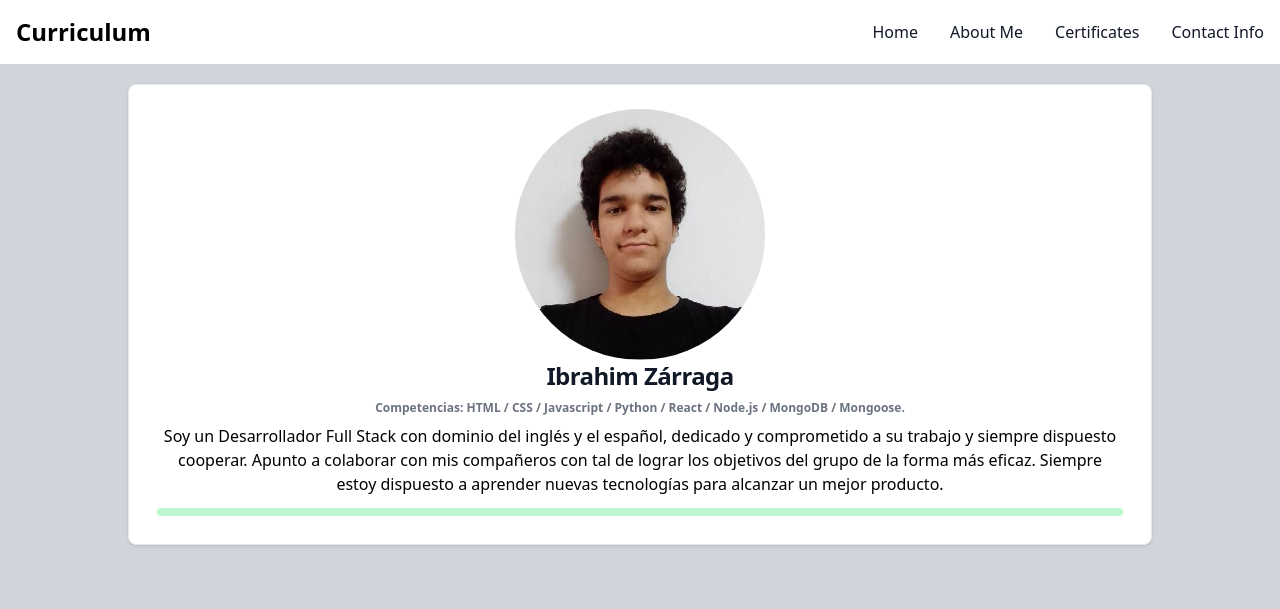
Repository: JetPi/Presentatio-Project
Page: /
These files come from the project's save history. The page is drawn as it stood at one moment and after the next save; the edit follows.
The browser window is 1280 px wide. The pictures show the whole page.
The project was rebuilt for these pictures with package versions that can differ from the ones it lists, and the page was loaded fresh each time. The framework's server and built-in components were replaced by stand-ins that run in the browser. Also part of the build but not shown: next.config.js.

Above is the page before, as saved 2023-04-03 16:24:55.

After the next save:
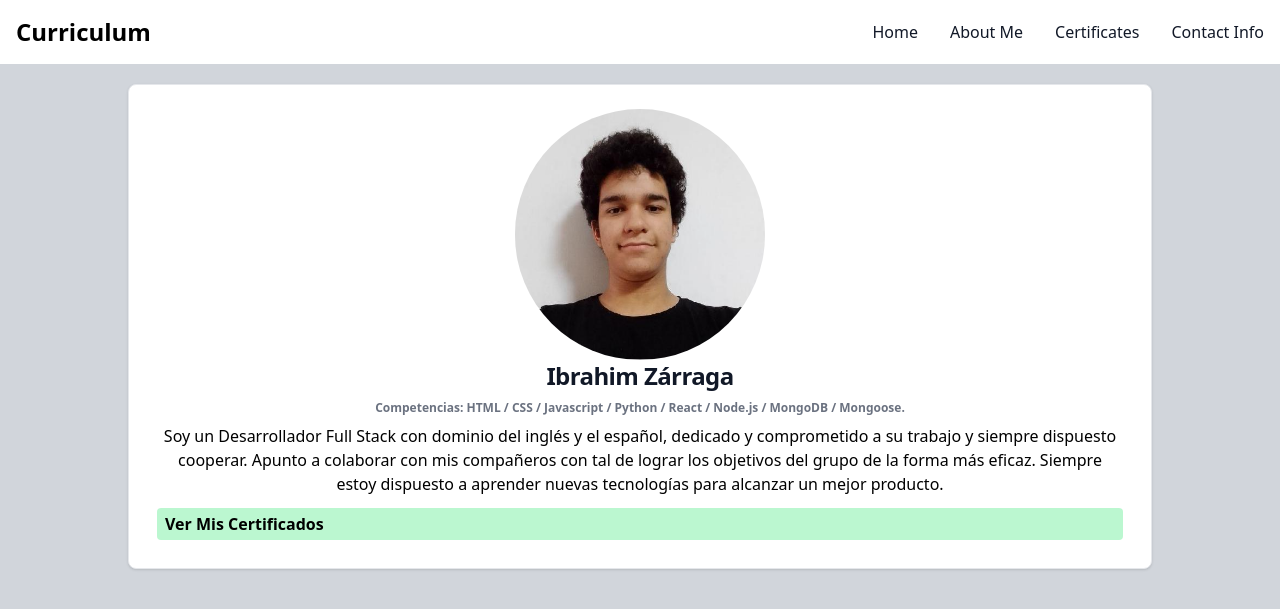
Saved 36 s later.
--- a/src/components/Button.tsx
+++ b/src/components/Button.tsx
@@ -3,37 +3,35 @@ import Link from "next/link";
 import React from "react";
 
 interface ButtonProps {
-  text?: string;
   styling?: string;
   onClick?: React.MouseEventHandler;
   children?: React.ReactNode;
 }
 
 interface LinkProps {
-  text?: string;
   styling?: string;
   href: Url;
   children?: React.ReactNode;
 }
 
-export function Button({ text, onClick, styling, children }: ButtonProps) {
+export function Button({ onClick, styling, children }: ButtonProps) {
   return (
     <button
       className={`${styling} px-2 py-1 m-1 font-semibold bg-green-200 rounded`}
       onClick={onClick}
     >
-      {text}
+      {children}
     </button>
   );
 }
 
-export function LinkButton({ text, href, styling, children }: LinkProps) {
+export function LinkButton({ href, styling, children }: LinkProps) {
   return (
     <Link
       href={href}
       className={`${styling} px-2 py-1 m-1 font-semibold bg-green-200 rounded`}
     >
-      {text}
+      {children}
     </Link>
   );
 }
